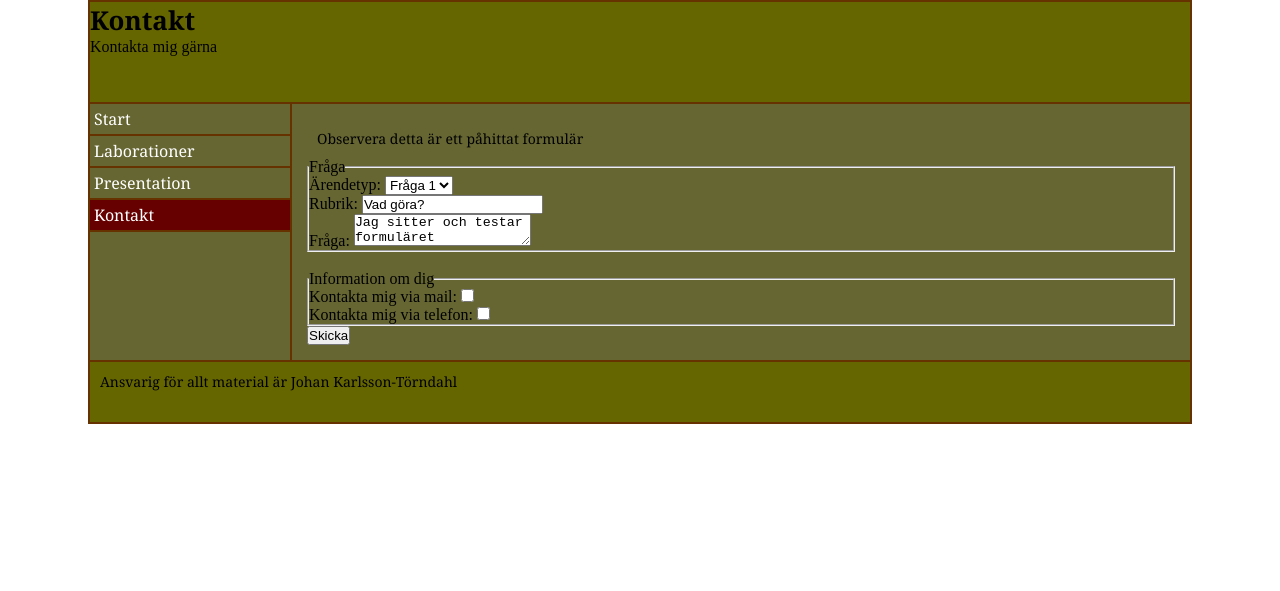
Repository: jt222ia/1ik415-jt222ia-laborationer
Page: pages/kontakt.html
The author's editor kept a record of every edit. The page is drawn from the files as they stood at one moment, then again after the next edit.
The browser window is 1280 px wide. The pictures show the whole page.

Above is the page before.

### pages/kontakt.html
<!DOCTYPE html>
<html>
    <head>
        <meta charset="utf-8" />
        <title>Min kursblogg - Kontakt</title>
        <link rel="stylesheet" href="../css/style.css" type="text/css" />
    </head>
    <body>
    <div id="container">

        <div id="header">
            <h1>Kontakt</h1>
            <span>Kontakta mig gärna</span>
        </div>

        <div id="navigation">
            <ul>
               <li><a href="../index.html">Start</a></li>
               <li><a href="laborationer.html">Laborationer</a></li>
               <li><a href="presentation.html">Presentation</a></li>
               <li><a href="kontakt.html" class="active">Kontakt</a></li>
            </ul>
        </div>
        <div id="content">
            <p>Observera detta är ett påhittat formulär</p>

            <form method="POST" action="http://voyager.lnu.se/tekinet/kurser/dtt/wp_webbintro/form.php">
                <fieldset>
                <legend>Fråga</legend>
                Ärendetyp:
                    <select name="rullgardin">
                        <option value="fragaett">Fråga 1</option>
                        <option value="fragatva">Fråga 2</option>
                    </select><br />
                Rubrik:
                    <input type="text" value="Vad göra?" name="rubrik" /><br />
                Fråga: <textarea>Jag sitter och testar formuläret</textarea>
                </fieldset><br />

                <fieldset>
                <legend>Information om dig</legend>
                Kontakta mig via mail: <input type="checkbox" name="mail" /><br />
                Kontakta mig via telefon: <input type="checkbox" name="mail" />
                </fieldset>

               <input type="submit" value="Skicka" />
            </form>
        </div>
        <div id="footer">
            <p>Ansvarig för allt material är Johan Karlsson-Törndahl </p>
        </div>
    </div>
    </body>
</html>

### css/style.css
/*
Mina färger
Container, content, navigation - #666633
Header, Footer - #666600
Borders - #663300
Länkar - #fff
Active link - #660000
*/

* {
    margin:0;
    padding:0;
}

body {


}

/*De stora blocken */

#container{
    margin:0 auto;
    width:1100px;
    border:2px solid #663300;
    background-color:#666633;

}

#header {
    height:100px;
    background-color:#666600;
    border-bottom:2px solid #663300;

}
#header_logo {
    float:left;
    width:150px;

}
#header_content {
    float:left;
    width:500px;

}

#navigation{
    width:200px;
    float:left;
    background-color:#666633;

}
#content {
    width:868px;
    float:left;
    padding:15px;
    background-color:#666633;
    border-left:2px solid #663300;

}

#footer {
    clear:both;
    height:60px;
    border-top:2px solid #663300;
    background-color:#666600;
}
#clear {
    clear:both;
}

/* Menyn */

#navigation ul {
     margin:0px;
     padding:0px;
     list-style:none;
}
#navigation ul li {

}
#navigation ul a {
    display:block;
    padding:4px;
    width:200px;
    font-family:georgia;
    text-decoration:none;
    border-bottom:2px solid #663300;
    color:#fff;
    background-color:#666633;

}
#navigation ul a:hover{
    background-color:#663333;
}

/*Klasser */

#navigation ul li .active {
   background-color:#660000;

}
.postauthor{
    text-align:right;
    font-style:italic;
}
.top_h1 {
    margin-top:15px;
    margin-right:10px;
}

.icon{
    float:left;
}
/*Typografi på sidan */

h1 {
    font-size:26px;
    font-family:Georgia, sans-serif;

}
h2 {
    font-size:24px;
    font-family:Georgia, sans-serif;

}
h3 {
    font-size:18px;
    font-family:Georgia, sans-serif;
    padding:5px;

}
a {
    text-decoration:none;
    font-style:bold;
    color:#fff;
}
p{
    font-size:14px;
    font-family:Georgia;
    padding:10px;
}

After the next edit:
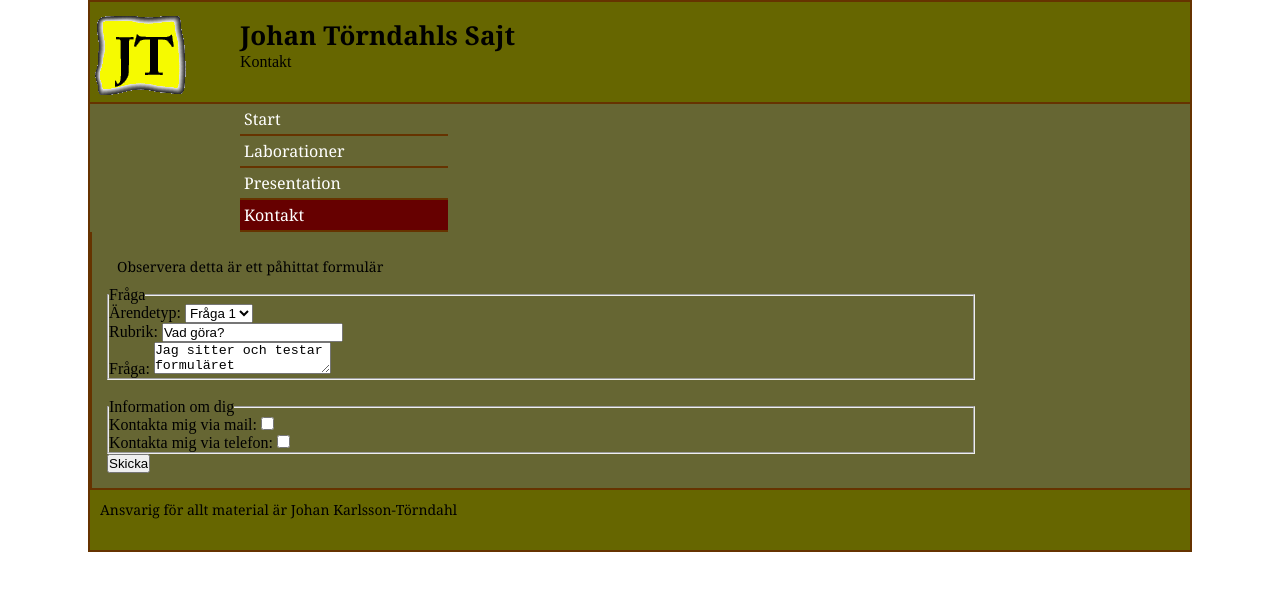
The edit:
--- a/pages/kontakt.html
+++ b/pages/kontakt.html
@@ -9,8 +9,14 @@
     <div id="container">
 
         <div id="header">
-            <h1>Kontakt</h1>
-            <span>Kontakta mig gärna</span>
+            <div id="header_logo">
+                <img src="../pics/logo_trans.png">
+            </div>
+
+            <div id="header_content">
+                <h1 class="top_h1">Johan Törndahls Sajt</h1>
+                <span>Kontakt</span>
+            </div>
         </div>
 
         <div id="navigation">
